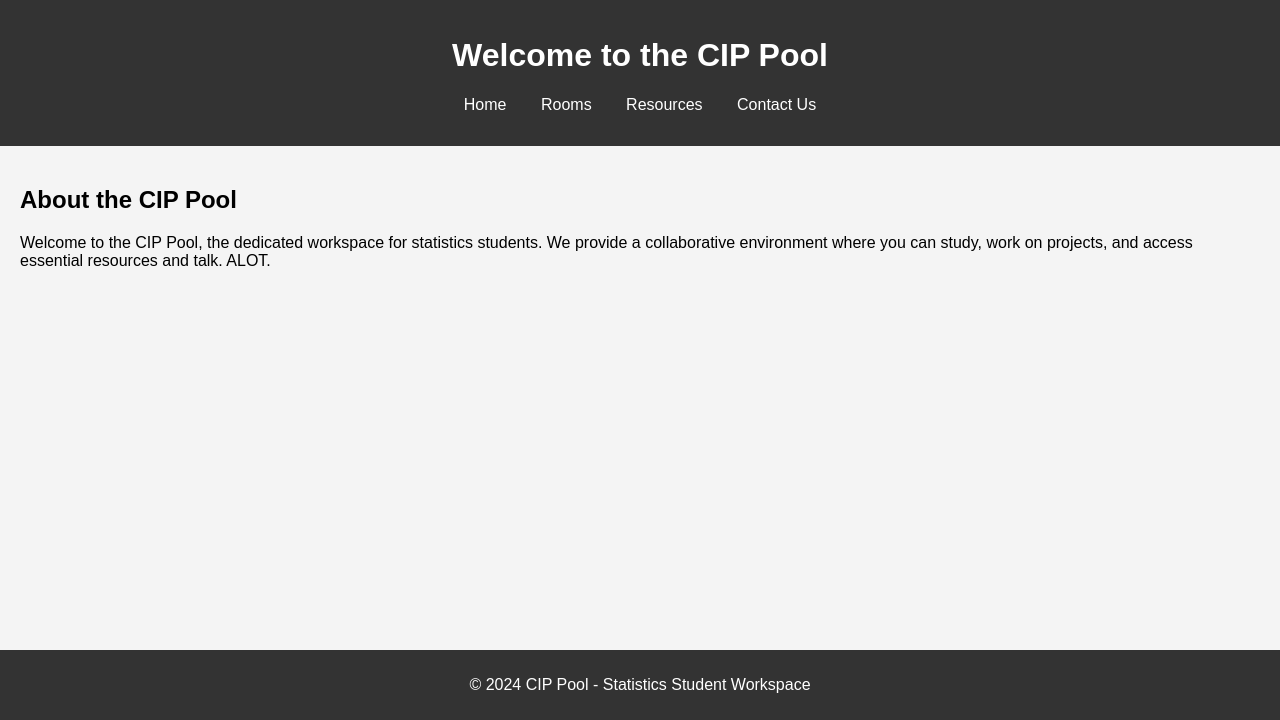
Repository: anjalisarawgi/cip_website
Page: index.html
An editor plug-in stored every save of this project. The page is shown before and after the next save, followed by the edit.
The browser window is 1280 px wide. The pictures show the whole page.

Above is the page before, as saved 2024-06-13 20:40:32.

After the next save:
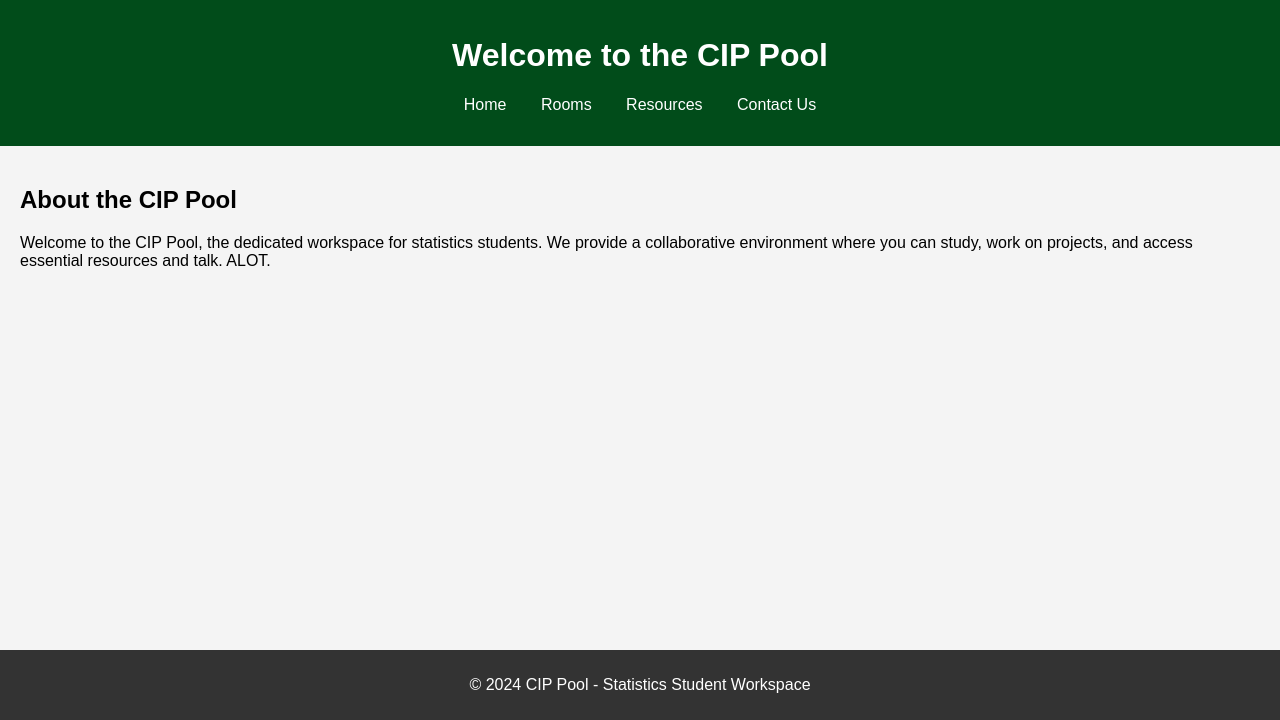
Saved 54 s later.
--- a/styles.css
+++ b/styles.css
@@ -6,7 +6,7 @@ body {
 }
 
 header {
-    background-color: #333;
+    background-color: #014c1a;
     color: white;
     padding: 1em 0;
     text-align: center;
